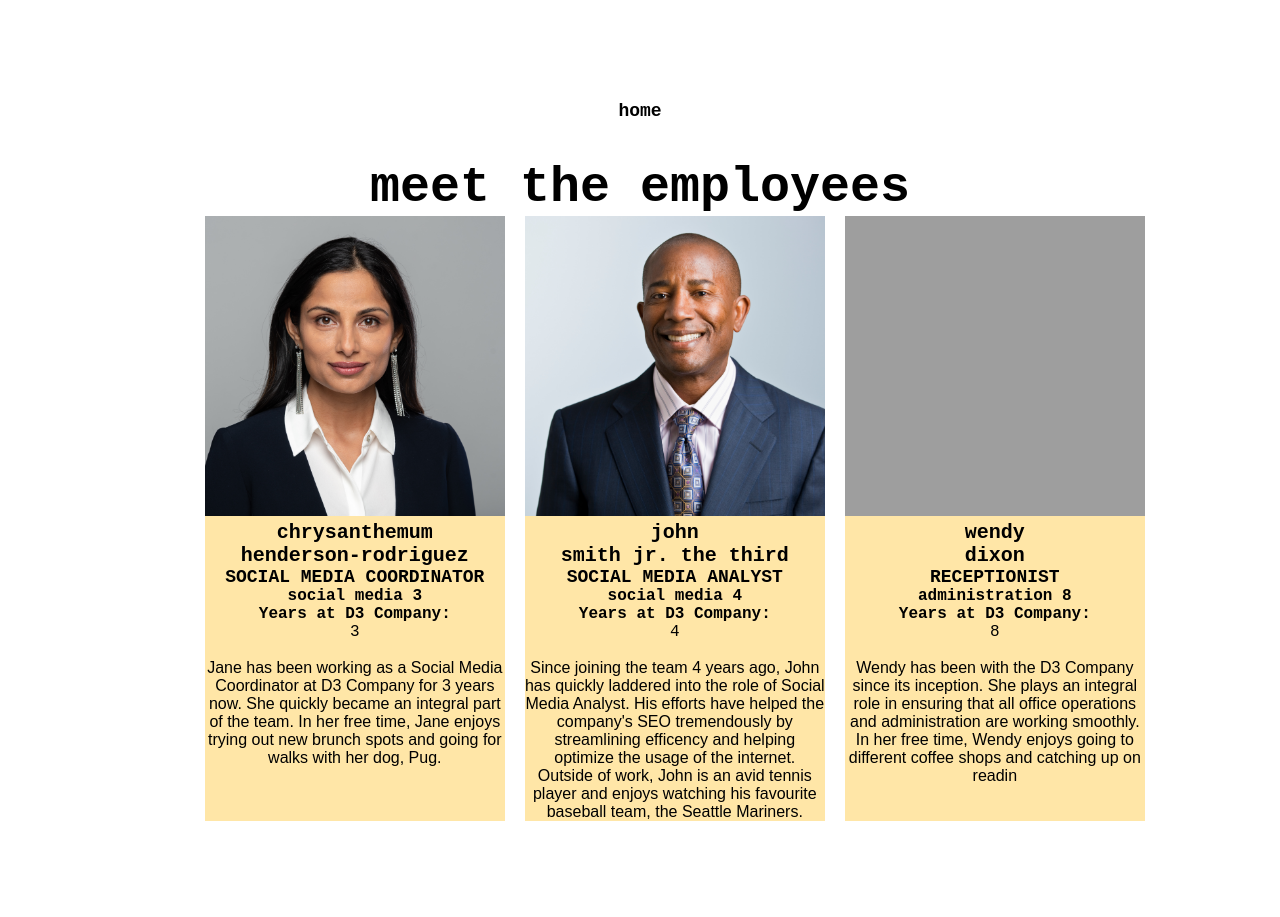
Repository: cheungglenda/MDIA2109-Week3
Page: /about
An editor plug-in stored every save of this project. The page is shown before and after the next save, followed by the edit.
The browser window is 1280 px wide. The pictures show the whole page.
Pictures or frames that could not be fetched are drawn as grey boxes. The project was rebuilt for these pictures with package versions that can differ from the ones it lists, and the page was loaded fresh each time. The framework's server and built-in components were replaced by stand-ins that run in the browser. Also part of the build but not shown: next.config.js.

Above is the page before, as saved 2023-01-20 12:34:00.

### pages/about.js
import Head from 'next/head'
import { Inter } from '@next/font/google'
import styles from '@/styles/Home.module.css'
import aboutData from '../data/about.json'
import { useState } from 'react'
import EmployeeCard  from '../components/EmployeeCard'
import Link from 'next/link'

export default function About() {

    const [aboutEmployees, setAboutEmployees] = useState([...aboutData])
    console.log(aboutData)
    return (
   <>
      <Head>
        <title>About Page</title>
        <meta name="description" content="Meet the Employees" />
        <meta name="viewport" content="width=device-width, initial-scale=1" />
        <link rel="icon" href="/favicon.ico" />
      </Head>
      <main className={styles.main}>
      <Link href="/" className={styles.links}>Home</Link>

      <div className={styles.meetTitle}>Meet the Employees</div>

        <div className={styles.grid}>
          <div className={styles.employees}>
          {aboutEmployees && aboutEmployees.map((info, index) => {
            if(info.firstName.toLowerCase() === "chrysanthemum") {
            return (
              <EmployeeCard
              key={index}
              firstname={info.firstName}
              lastname={info.lastName}
              jobtitle={info.jobTitle}
              department={info.department}
              yearsworked={info.yearsWorked}
              description={info.description}
              color="#FFE6A7" font="16px"/>
            )
          }
          })}

          {aboutEmployees && aboutEmployees.map((info, index) => {
            if(info.firstName.toLowerCase() === "john") {
            return (
              <EmployeeCard
              key={index}
              firstname={info.firstName}
              lastname={info.lastName}
              jobtitle={info.jobTitle}
              department={info.department}
              yearsworked={info.yearsWorked}
              description={info.description}
              color="#FFE6A7" font="16px"/>
            )
          }
          })}

          {aboutEmployees && aboutEmployees.map((info, index) => {
            if(info.firstName.toLowerCase() === "wendy") {
            return (
              <EmployeeCard
              key={index}
              firstname={info.firstName}
              lastname={info.lastName}
              jobtitle={info.jobTitle}
              department={info.department}
              yearsworked={info.yearsWorked}
              description={info.description}
              color="#FFE6A7" font="16px"/>
            )
          }
          })}
          </div>
        </div>
      </main>
    </>
  )
}

### styles/Home.module.css
.main {
  display: flex;
  flex-direction: column;
  justify-content: space-between;
  align-items: center;
  padding: 6rem;
  font-family:arial;
  min-height: 100vh;
  background-color: rgb(255, 255, 255);
}

.links {
  display: flex;
  padding-top:5px;
  margin-bottom:3%;
  justify-content: center;
  align-items: center;
  font-size: 18px;
  max-width: var(--max-width);
  width: 100%;
  font-weight:900;
  font-family: 'Courier New', Courier, monospace;
  text-transform:lowercase;
  padding-bottom:5px;
}

.description {
  display: inherit;
  justify-content: inherit;
  align-items: inherit;
  font-size: 15px;
  max-width: var(--max-width);
  width: 100%;
  font-family: var(--font-mono);
}

.description a {
  display: flex;
  justify-content: center;
  align-items: center;
  gap: 0.5rem;
}

.description p {
  position: relative;
  margin: 0;
  padding: 1rem;
  background-color: rgba(var(--callout-rgb), 0.5);
  border: 1px solid rgba(var(--callout-border-rgb), 0.3);
  border-radius: var(--border-radius);
}

.code {
  font-weight: 700;
  font-family: var(--font-mono);
}

.meetTitle {
  font-size: 50px;
  font-weight:700;
  text-transform:lowercase;
  font-family:'Courier New', Courier, monospace;
  text-align:center;
}

.grid {
  display: flex;
  justify-content:center;
  width: var(--max-width);
  max-width: 100%;
  align-items:center;
  flex: 1;
}

.card {
  padding: 1rem 1.2rem;
  border-radius: var(--border-radius);
  background: rgba(var(--card-rgb), 0);
  border: 1px solid rgba(var(--card-border-rgb), 0);
  transition: background 200ms, border 200ms;
}

.card span {
  display: inline-block;
  transition: transform 200ms;
}

.info {
  font-family:Arial, Helvetica, sans-serif;
}

.card h2 {
  font-weight: 600;
  margin-bottom: 0.7rem;
}

.card p {
  margin: 0;
  opacity: 0.6;
  font-size: 0.9rem;
  line-height: 1.5;
  max-width: 30ch;
}


.employees {
  display:flex;
  gap:20px;
  width: 80%;
  text-align:center;
  font-family:'Courier New', Courier, monospace;
}

.center {
  display: flex;
  justify-content: center;
  align-items: center;
  position: relative;
  padding: 4rem 0;
}

.center::before {
  background: var(--secondary-glow);
  border-radius: 50%;
  width: 480px;
  height: 360px;
  margin-left: -400px;
}

.center::after {
  background: var(--primary-glow);
  width: 240px;
  height: 180px;
  z-index: -1;
}

.center::before,
.center::after {
  content: '';
  left: 50%;
  position: absolute;
  filter: blur(45px);
  transform: translateZ(0);
}

.logo,
.thirteen {
  position: relative;
}

.thirteen {
  display: flex;
  justify-content: center;
  align-items: center;
  width: 75px;
  height: 75px;
  padding: 25px 10px;
  margin-left: 16px;
  transform: translateZ(0);
  border-radius: var(--border-radius);
  overflow: hidden;
  box-shadow: 0px 2px 8px -1px #0000001a;
}

.thirteen::before,
.thirteen::after {
  content: '';
  position: absolute;
  z-index: -1;
}

/* Conic Gradient Animation */
.thirteen::before {
  animation: 6s rotate linear infinite;
  width: 200%;
  height: 200%;
  background: var(--tile-border);
}

/* Inner Square */
.thirteen::after {
  inset: 0;
  padding: 1px;
  border-radius: var(--border-radius);
  background: linear-gradient(
    to bottom right,
    rgba(var(--tile-start-rgb), 1),
    rgba(var(--tile-end-rgb), 1)
  );
  background-clip: content-box;
}

/* Enable hover only on non-touch devices */
@media (hover: hover) and (pointer: fine) {
  .card:hover {
    background: rgba(var(--card-rgb), 0.1);
    border: 1px solid rgba(var(--card-border-rgb), 0.15);
  }

  .card:hover span {
    transform: translateX(4px);
  }
}

@media (prefers-reduced-motion) {
  .thirteen::before {
    animation: none;
  }

  .card:hover span {
    transform: none;
  }
}

/* Mobile */
@media (max-width: 700px) {
  .content {
    padding: 4rem;
  }

  .grid {
    grid-template-columns: 1fr;
    margin-bottom: 120px;
    max-width: 320px;
    text-align: center;
  }

  .card {
    padding: 1rem 2.5rem;
  }

  .card h2 {
    margin-bottom: 0.5rem;
  }

  .center {
    padding: 8rem 0 6rem;
  }

  .center::before {
    transform: none;
    height: 300px;
  }

  .description {
    font-size: 0.8rem;
  }

  .description a {
    padding: 1rem;
  }

  .description p,
  .description div {
    display: flex;
    justify-content: center;
    position: fixed;
    width: 100%;
  }

  .description p {
    align-items: center;
    inset: 0 0 auto;
    padding: 2rem 1rem 1.4rem;
    border-radius: 0;
    border: none;
    border-bottom: 1px solid rgba(var(--callout-border-rgb), 0.25);
    background: linear-gradient(
      to bottom,
      rgba(var(--background-start-rgb), 1),
      rgba(var(--callout-rgb), 0.5)
    );
    background-clip: padding-box;
    backdrop-filter: blur(24px);
  }

  .description div {
    align-items: flex-end;
    pointer-events: none;
    inset: auto 0 0;
    padding: 2rem;
    height: 200px;
    background: linear-gradient(
      to bottom,
      transparent 0%,
      rgb(var(--background-end-rgb)) 40%
    );
    z-index: 1;
  }
}

/* Tablet and Smaller Desktop */
@media (min-width: 701px) and (max-width: 1120px) {
  .grid {
    grid-template-columns: repeat(2, 50%);
  }
}

@media (prefers-color-scheme: dark) {
  .vercelLogo {
    filter: invert(1);
  }

  .logo,
  .thirteen img {
    filter: invert(1) drop-shadow(0 0 0.3rem #ffffff70);
  }
}

@keyframes rotate {
  from {
    transform: rotate(360deg);
  }
  to {
    transform: rotate(0deg);
  }
}

### data/about.json
[
    {
        "firstName": "Chrysanthemum",
        "lastName": "Henderson-Rodriguez",
        "department": "Social Media",
        "jobTitle": "Social Media Coordinator",
        "yearsWorked": 3,
        "description": "Jane has been working as a Social Media Coordinator at D3 Company for 3 years now. She quickly became an integral part of the team. In her free time, Jane enjoys trying out new brunch spots and going for walks with her dog, Pug."
    },
    {
        "firstName": "John",
        "lastName": "Smith Jr. the Third",
        "department": "Social Media",
        "jobTitle": "Social Media Analyst",
        "yearsWorked": 4,
        "description": "Since joining the team 4 years ago, John has quickly laddered into the role of Social Media Analyst. His efforts have helped the company's SEO tremendously by streamlining efficency and helping optimize the usage of the internet. Outside of work, John is an avid tennis player and enjoys watching his favourite baseball team, the Seattle Mariners."

    },
    {
        "firstName": "Wendy",
        "lastName": "Dixon",
        "department": "Administration",
        "jobTitle": "Receptionist",
        "yearsWorked": 8,
        "description": "Wendy has been with the D3 Company since its inception. She plays an integral role in ensuring that all office operations and administration are working smoothly. In her free time, Wendy enjoys going to different coffee shops and catching up on readin"

    }
]

### components/EmployeeCard/index.js
export default function EmployeeCard({
    firstname = "none",
    lastname = "none",
    department = "none",
    jobtitle = "none",
    yearsworked = 0,
    description = "none",
    color = "pink",
    font = "O",
    image = "icon/personTwo.png"
}) {
    return (
        <div style={{backgroundColor: color, fontSize: 16}}>
            {
                firstname === "Chrysanthemum" ? <img style={{objectFit: "cover"}} src={'headshots/photo3.jpeg'} width="300" height="300"/> :
                firstname === "John" ? <img style={{objectFit: "cover"}} src={'headshots/photo1.jpeg'} width="300" height="300"/> :
                firstname === "Wendy" ? <img style={{objectFit: "cover"}} src={'headshots/photo2.jpeg'} width="300" height="300"/> :
                <img src={image} width="300"/>
            }

            <h1 style={{textTransform: "lowercase", fontSize: 20}}>{firstname}</h1>
            <h1 style={{textTransform: "lowercase", fontSize: 20}}>{lastname}</h1>
            <h2 style={{fontFamily:"'Courier New', Courier, monospace", textTransform: "uppercase", fontSize: 18}}>{jobtitle}</h2>
            <h3 style={{fontFamily:"'Courier New', Courier, monospace", textTransform: "lowercase", fontSize: 16, fontweight:500}}>{department} {yearsworked}</h3>
            <h4 style={{}}>Years at D3 Company:</h4>{yearsworked}<br></br><br></br>
            <p style={{fontFamily: "Arial, Helvetica, sans-serif"}}>{description}</p>
        </div>
    )
}

Loaded but not shown: pages/_app.js (common file); pages/_document.js (common file); pages/api/hello.js (common file); styles/globals.css (common file)

After the next save:
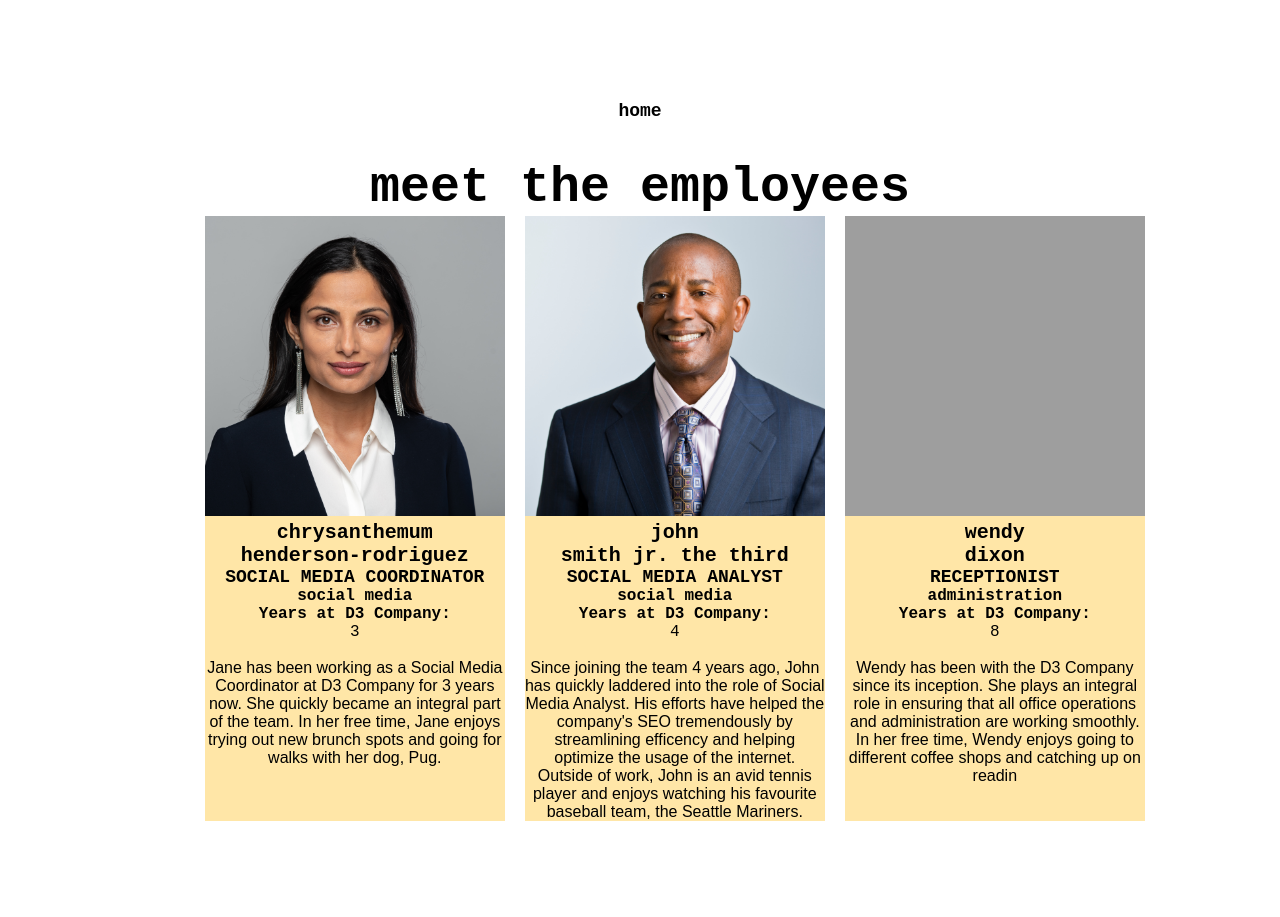
Saved 5 s later.
--- a/components/EmployeeCard/index.js
+++ b/components/EmployeeCard/index.js
@@ -21,7 +21,7 @@ export default function EmployeeCard({
             <h1 style={{textTransform: "lowercase", fontSize: 20}}>{firstname}</h1>
             <h1 style={{textTransform: "lowercase", fontSize: 20}}>{lastname}</h1>
             <h2 style={{fontFamily:"'Courier New', Courier, monospace", textTransform: "uppercase", fontSize: 18}}>{jobtitle}</h2>
-            <h3 style={{fontFamily:"'Courier New', Courier, monospace", textTransform: "lowercase", fontSize: 16, fontweight:500}}>{department} {yearsworked}</h3>
+            <h3 style={{fontFamily:"'Courier New', Courier, monospace", textTransform: "lowercase", fontSize: 16, fontweight:500}}>{department}</h3>
             <h4 style={{}}>Years at D3 Company:</h4>{yearsworked}<br></br><br></br>
             <p style={{fontFamily: "Arial, Helvetica, sans-serif"}}>{description}</p>
         </div>
